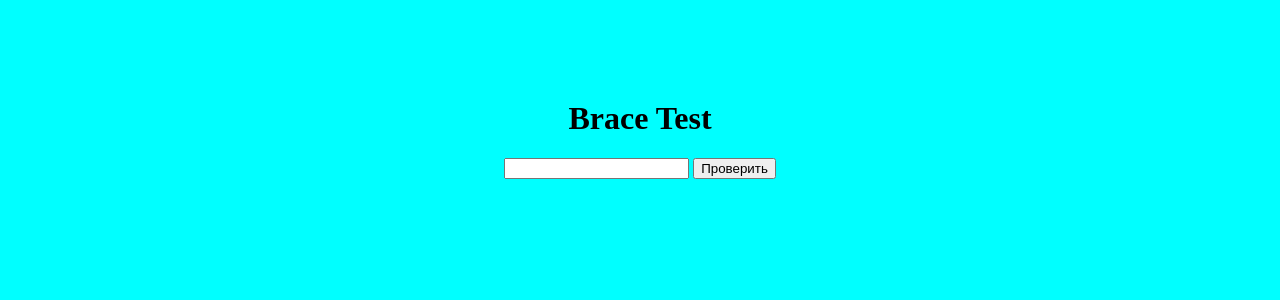
Repository: PGVlasov/braces
Page: index.html
These files come from the project's save history. The page is drawn as it stood at one moment and after the next save; the edit follows.
The browser window is 1280 px wide. The pictures show the whole page.
Empty fields were first filled with sample values (such as "Sample", 5 or name@example.com).
After loading, the first visible `input.myValidate` was changed once.

Above is the page before, as saved 2021-04-06 14:13:21.

After the next save:
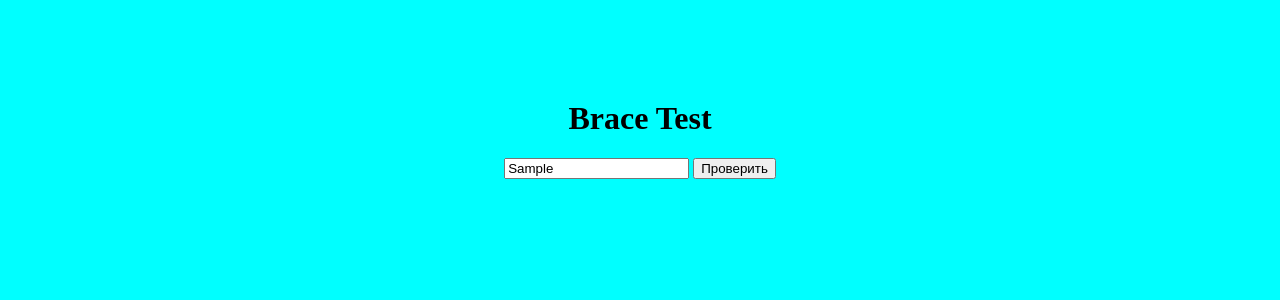
Console error: ReferenceError: stringForTest is not defined
Saved 51 s later.
--- a/index.js
+++ b/index.js
@@ -2,12 +2,12 @@
 let btn = document.querySelector(".button-order");
 
 input.addEventListener("keyup", function () {
-  this.value = this.value.replace(/[^\d]/g, "");
+  let stringForTest = this.value;
+  stringForTest = this.value.replace(/[^\d]/g, "");
   console.log(input.value);
   return this.value;
 });
 
-let stringForTest = input.value;
 console.log(`${stringForTest} + !!!`);
 btn.addEventListener("click", checkInput());
 

After the 5 saves that followed:
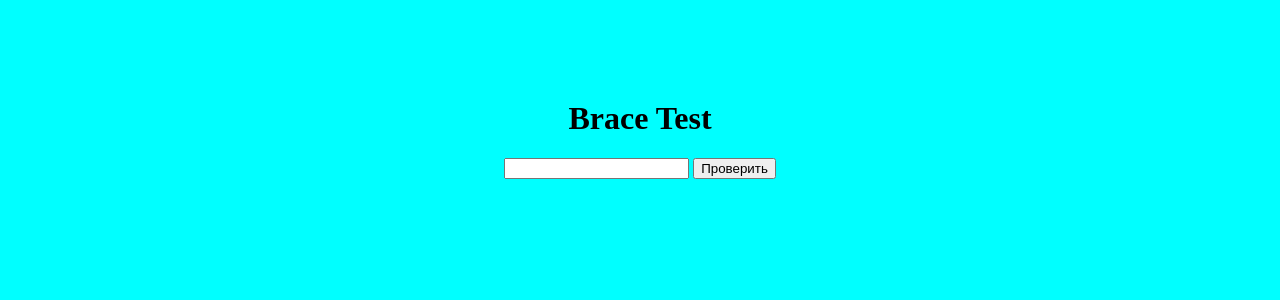
The error is gone.
The 5 saves are shown as one change because 4 left the picture as it was.
The last was saved 8 min 52 s later.
--- a/index.js
+++ b/index.js
@@ -2,12 +2,12 @@
 let btn = document.querySelector(".button-order");
 
 input.addEventListener("keyup", function () {
-  let stringForTest = this.value;
-  stringForTest = this.value.replace(/[^\d]/g, "");
-  console.log(input.value);
+  this.value = this.value.replace(/[^\d]/g, "");
+  console.log(this.value);
   return this.value;
 });
 
+let stringForTest = input.value;
 console.log(`${stringForTest} + !!!`);
 btn.addEventListener("click", checkInput());
 
